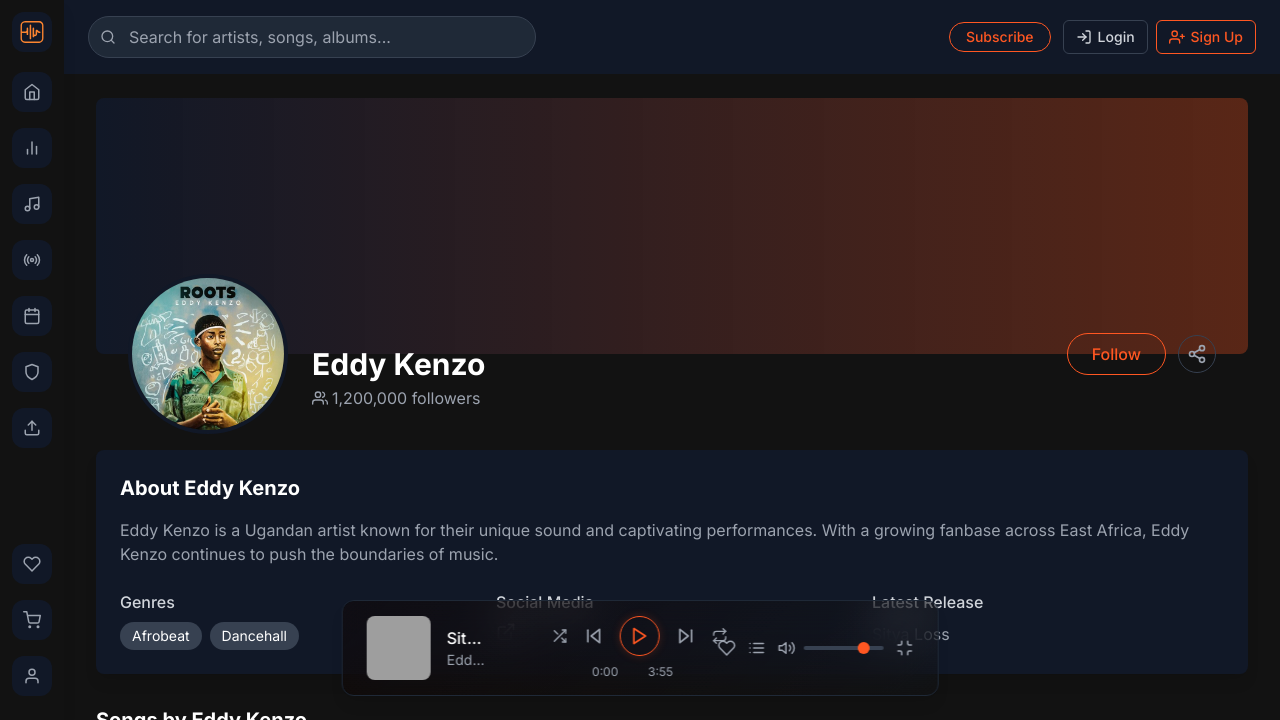
Repository: kaizoku010/sauti-box
Page: /artists/1
These files come from the project's save history. The page is drawn as it stood at one moment and after a run of saves; the edit follows.
The browser window is 1280 px wide. The pictures show the whole page.
Pictures or frames that could not be fetched are drawn as grey boxes. An inner scrolling area shows only its first screen. The project was rebuilt for these pictures with package versions that can differ from the ones it lists, and the page was loaded fresh each time. The framework's server and built-in components were replaced by stand-ins that run in the browser. Also part of the build but not shown: next.config.mjs, next.config.ts, src/components/PaymentModal.tsx.

Above is the page before, as saved 2025-04-20 23:08:37.

### src/app/layout.tsx
import type { Metadata } from "next";
import { Inter } from "next/font/google";
import "./globals.css";

const inter = Inter({
  subsets: ["latin"],
  variable: "--font-inter",
});

export const metadata: Metadata = {
  title: "MusicHub Uganda",
  description: "Your Music, Your Rights, Your Revenue",
};

export default function RootLayout({
  children,
}: Readonly<{
  children: React.ReactNode;
}>) {
  return (
    <html lang="en">
      <body className={`${inter.variable} antialiased`}>
        {children}
      </body>
    </html>
  );
}

### src/app/globals.css
@tailwind base;
@tailwind components;
@tailwind utilities;

:root {
  --background: #0F172A;
  --foreground: #F8FAFC;
  --primary: #3B82F6;
  --secondary: #10B981;
  --accent: #8B5CF6;
}

html, body {
  background: var(--background);
  color: var(--foreground);
  font-family: 'Inter', sans-serif;
  width: 100%;
  height: 100%;
  margin: 0;
  padding: 0;
  overflow-x: hidden;
}

/* Hide scrollbar on body */
body::-webkit-scrollbar {
  display: none;
}

body {
  -ms-overflow-style: none;  /* IE and Edge */
  scrollbar-width: none;  /* Firefox */
}

@layer components {
  .sidebar-icon {
    @apply relative flex items-center justify-center mt-2 mb-2 mx-auto
    bg-gray-900 text-gray-400 hover:text-primary
    rounded-xl transition-all duration-300 ease-linear cursor-pointer;
    height: 2.5rem;
    width: 2.5rem;
  }

  .sidebar-icon.active {
    @apply text-primary;
    box-shadow: 0 0 0 2px rgba(255, 87, 34, 0.2);
  }

  .sidebar-tooltip {
    @apply absolute w-auto p-2 m-2 min-w-max left-14 rounded-md shadow-md
    text-white bg-gray-900 text-xs font-bold transition-all duration-100 origin-left;
    transform: scale(0);
  }

  .btn-primary {
    border-radius: 30px !important;
    font-size: 0.8rem !important;
    @apply px-4 py-2 bg-transparent text-primary border border-primary rounded-md hover:bg-primary/10 transition-colors;
  }

  .btn-secondary {
    border-radius: 30px !important;
    font-size: 0.8rem !important;
    @apply px-4 py-2 bg-transparent text-gray-300 border border-gray-700 rounded-md hover:border-primary hover:text-primary transition-colors;
  }

  .btn{
    border-radius: 30px !important;
    font-size: 0.8rem !important;
  }

  .card {
    @apply bg-gray-900 rounded-lg overflow-hidden shadow-lg hover:shadow-xl transition-shadow;
  }

  /* Glass effect for music player */
  .glass-effect {
    @apply backdrop-filter backdrop-blur-xl border border-gray-800;
    background: linear-gradient(135deg, rgba(0, 0, 0, 0.5) 0%, rgba(20, 20, 20, 0.3) 100%);
    box-shadow: 0 8px 32px rgba(0, 0, 0, 0.3), inset 0 0 0 1px rgba(255, 87, 34, 0.15);
    position: relative;
    backdrop-filter: blur(20px) !important;
  }

  .glass-effect::before {
    content: '';
    position: absolute;
    top: 0;
    left: 0;
    right: 0;
    bottom: 0;
    background: linear-gradient(135deg, rgba(255, 87, 34, 0.03) 0%, transparent 100%);
    pointer-events: none;
    z-index: -1;
    border-radius: inherit;
  }

  /* Dropdown styles */
  .dropdown {
    @apply relative inline-block;
  }

  .dropdown-content {
    @apply hidden absolute right-0 mt-2 w-48 bg-gray-800 rounded-md shadow-lg z-50;
  }

  .dropdown:hover .dropdown-content {
    @apply block;
  }

  /* Hide scrollbar for carousel */
  .scrollbar-hide, .no-scrollbar {
    -ms-overflow-style: none;  /* IE and Edge */
    scrollbar-width: none;  /* Firefox */
  }

  .scrollbar-hide::-webkit-scrollbar, .no-scrollbar::-webkit-scrollbar {
    display: none; /* Chrome, Safari, Opera */
  }

  /* Particle animation for hero section */
  @keyframes float {
    0% {
      transform: translateY(0) translateX(0);
      opacity: 0;
    }
    50% {
      opacity: 1;
    }
    100% {
      transform: translateY(-100px) translateX(20px);
      opacity: 0;
    }
  }
}

### src/components/MainLayout.tsx
"use client";

import React, { ReactNode } from 'react';
import Sidebar from './Sidebar';
import Header from './Header';
import MusicPlayer from './MusicPlayer';
import { MusicPlayerProvider } from '../context/MusicPlayerContext';

interface MainLayoutProps {
  children: ReactNode;
}

const MainLayout: React.FC<MainLayoutProps> = ({ children }) => {
  // Mobile responsiveness is now handled with Tailwind classes

  // Music player is now managed through context

  return (
    <MusicPlayerProvider>
      <div className="flex h-screen bg-background text-white w-full overflow-hidden relative">
        <Sidebar />

        <div className="flex-1 ml-16">
          <Header />

          <main className="p-2 sm:p-4 md:p-6 h-[calc(100vh-64px)] overflow-y-auto w-full no-scrollbar pb-32">
            {children}
          </main>
        </div>

        <MusicPlayer />
      </div>
    </MusicPlayerProvider>
  );
};

export default MainLayout;

### src/components/MusicCard.tsx
"use client";

import React, { useState } from 'react';
import { FiPlay, FiHeart, FiShoppingCart } from 'react-icons/fi';
import Link from 'next/link';
import PaymentModal from './PaymentModal';

interface MusicCardProps {
  id: string;
  title: string;
  artist: string;
  artistId?: string;
  coverImage: string;
  type?: 'song' | 'album' | 'playlist';
  price?: number;
}

const MusicCard: React.FC<MusicCardProps> = ({
  id,
  title,
  artist,
  artistId = '1', // Default to first artist if not provided
  coverImage,
  type = 'song',
  price = 5000 // Default price in UGX if not provided
}) => {
  const [isPaymentModalOpen, setIsPaymentModalOpen] = useState(false);
  const [isLiked, setIsLiked] = useState(false);

  const handleBuyClick = (e: React.MouseEvent) => {
    e.stopPropagation(); // Prevent triggering parent click events
    setIsPaymentModalOpen(true);
  };

  const handlePaymentComplete = () => {
    // Here you would update the user's library
    console.log(`Song ${id} purchased successfully`);
  };

  const toggleLike = (e: React.MouseEvent) => {
    e.stopPropagation();
    setIsLiked(!isLiked);
  };

  return (
    <>
      <div className="card group relative">
        <div className="relative aspect-square overflow-hidden rounded-lg">
          <img
            src={coverImage}
            alt={`${title} by ${artist}`}
            className="object-cover w-full h-full transition-transform duration-300 group-hover:scale-110"
          />
          <div className="absolute inset-0 bg-black bg-opacity-40 opacity-0 group-hover:opacity-100 transition-opacity flex items-center justify-center">
            <button className="w-12 h-12 rounded-full border border-primary flex items-center justify-center text-primary hover:bg-primary/10">
              <FiPlay size={24} />
            </button>
          </div>
        </div>
        <div className="p-3">
          <h3 className="font-medium text-white truncate">{title}</h3>
          <Link href={`/artists/${artistId}`} className="block">
            <p className="text-sm text-gray-400 truncate hover:text-primary">{artist}</p>
          </Link>
          <div className="flex items-center justify-between mt-2">
            <div className="flex items-center">
              <span className="text-xs text-gray-500 capitalize mr-2">{type}</span>
              {price > 0 && (
                <span className="text-xs font-medium text-primary">UGX {price.toLocaleString()}</span>
              )}
            </div>
            <div className="flex items-center space-x-2">
              <button
                onClick={toggleLike}
                className={`${isLiked ? 'text-red-500' : 'text-gray-400 hover:text-red-500'} transition-colors`}
              >
                <FiHeart size={16} />
              </button>
              {type === 'song' && price > 0 && (
                <button
                  onClick={handleBuyClick}
                  className="text-gray-400 hover:text-primary transition-colors"
                  title="Buy song"
                >
                  <FiShoppingCart size={16} />
                </button>
              )}
            </div>
          </div>
        </div>
      </div>

      {isPaymentModalOpen && (
        <PaymentModal
          isOpen={isPaymentModalOpen}
          onClose={() => setIsPaymentModalOpen(false)}
          songId={id}
          artistId={artistId}
          songTitle={title}
          artistName={artist}
          price={price}
          coverImage={coverImage}
          onPaymentComplete={handlePaymentComplete}
        />
      )}
    </>
  );
};

export default MusicCard;

### src/data/mockData.ts
// Mock data for MusicHub Uganda app

// Mock data for MusicHub Uganda app
import Image1 from "../images/1.jpg";
import Image2 from "../images/2.jpg";
import Image3 from "../images/3.jpg";
import Image4 from "../images/B.jpg";
import Image5 from "../images/F.jpg";
import Image6 from "../images/n.png";


export const topCharts = [
  {
    id: '1',
    title: 'Sitya Loss',
    artist: 'Eddy Kenzo',
    coverImage: Image1.src,
    type: 'song'
  },
  {
    id: '2',
    title: 'Stamina',
    artist: 'Fik Fameica',
    coverImage: Image2.src,
    type: 'song'
  },
  {
    id: '3',
    title: 'Love Yo',
    artist: 'Sheebah Karungi',
    coverImage: Image3.src,
    type: 'song'
  },
  {
    id: '4',
    title: 'Fire Baby',
    artist: 'Winnie Nwagi',
    coverImage: Image2.src,
    type: 'song'
  },
  {
    id: '5',
    title: 'Midnight Drum',
    artist: 'Azawi',
    coverImage: Image2.src,
    type: 'song'
  }
];

export const upcomingEvents = [
  {
    id: '1',
    title: 'Nyege Nyege Festival',
    date: 'Sep 15, 2025',
    location: 'Jinja, Uganda',
    image: Image6.src,
    price: 'UGX 150,000'
  },
  {
    id: '2',
    title: 'Kampala Music Festival',
    date: 'Aug 5, 2025',
    location: 'Lugogo Cricket Oval',
    image: Image4.src,
    price: 'UGX 80,000'
  },
  {
    id: '3',
    title: 'Blankets & Wine',
    date: 'Jul 12, 2025',
    location: 'Lugogo Cricket Oval',
    image: Image5.src,
    price: 'UGX 100,000'
  }
];

export const newReleases = [
  {
    id: '6',
    title: 'Slow Down',
    artist: 'Azawi',
    coverImage: Image2.src,
    type: 'song'
  },
  {
    id: '7',
    title: 'Party',
    artist: 'Vinka',
    coverImage: Image3.src,
    type: 'song'
  },
  {
    id: '8',
    title: 'All Night',
    artist: 'Fik Fameica',
    coverImage: Image2.src,
    type: 'song'
  },
  {
    id: '9',
    title: 'Yo Sweet',
    artist: 'Sheebah Karungi',
    coverImage: Image3.src,
    type: 'song'
  },
  {
    id: '10',
    title: 'Burn',
    artist: 'John Blaq',
    coverImage: Image2.src,
    type: 'song'
  }
];

export const featuredArtists = [
  {
    id: '1',
    name: 'Eddy Kenzo',
    image: Image1.src,
    followers: 1200000
  },
  {
    id: '2',
    name: 'Sheebah',
    image: Image3.src,
    followers: 980000
  },
  {
    id: '3',
    name: 'Azawi',
    image: Image2.src,
    followers: 750000
  },
  {
    id: '4',
    name: 'Fik Fameica',
    image: Image2.src,
    followers: 820000
  },
  {
    id: '5',
    name: 'Winnie Nwagi',
    image: Image4.src,
    followers: 680000
  },
  {
    id: '6',
    name: 'Spice Diana',
    image: Image3.src,
    followers: 720000
  }
];

export const topAlbums = [
  {
    position: 1,
    id: '1',
    title: 'Stamina',
    artist: 'Fik Fameica',
    coverImage: Image2.src,
    releaseDate: '2025',
    isLiked: true
  },
  {
    position: 2,
    id: '2',
    title: 'African Music',
    artist: 'Eddy Kenzo',
    coverImage: Image1.src,
    releaseDate: '2024',
    isLiked: false
  },
  {
    position: 3,
    id: '3',
    title: 'Samali',
    artist: 'Azawi',
    coverImage: Image2.src,
    releaseDate: '2025',
    isLiked: true
  },
  {
    position: 4,
    id: '4',
    title: 'Fire',
    artist: 'Winnie Nwagi',
    coverImage: Image4.src,
    releaseDate: '2024',
    isLiked: false
  },
  {
    position: 5,
    id: '5',
    title: 'Queen Karma',
    artist: 'Sheebah',
    coverImage: Image3.src,
    releaseDate: '2025',
    isLiked: false
  },
  {
    position: 6,
    id: '6',
    title: 'Amapiano',
    artist: 'Vinka',
    coverImage: Image3.src,
    releaseDate: '2024',
    isLiked: true
  }
];

export const bestPlaylists = [
  {
    id: '1',
    title: 'Ugandan Hits 2025',
    coverImage: Image3.src,
    songCount: 25
  },
  {
    id: '2',
    title: 'Kampala Party Mix',
    coverImage: Image3.src,
    songCount: 18
  },
  {
    id: '3',
    title: 'Ugandan Classics',
    coverImage: Image3.src,
    songCount: 30
  },
  {
    id: '4',
    title: 'New Wave Uganda',
    coverImage: Image3.src,
    songCount: 15
  }
];

export const liveRadioStations = [
  {
    id: '1',
    name: 'Capital FM',
    coverImage: Image3.src,
    frequency: '91.3 FM'
  },
  {
    id: '2',
    title: 'Radio City',
    coverImage: Image3.src,
    frequency: '97.3 FM'
  },
  {
    id: '3',
    title: 'Galaxy FM',
    coverImage: Image3.src,
    frequency: '100.2 FM'
  },
  {
    id: '4',
    title: 'XFM',
    coverImage: Image3.src,
    frequency: '94.8 FM'
  },
  {
    id: '5',
    title: 'Sanyu FM',
    coverImage: Image3,
    frequency: '88.2 FM'
  }
];

### src/components/Header.tsx
"use client";

import React, { useState } from 'react';
import { FiSearch, FiBell, FiUser, FiShoppingCart, FiLogIn, FiUserPlus, FiMusic } from 'react-icons/fi';
import Link from 'next/link';

const Header = () => {
  const [isLoggedIn, setIsLoggedIn] = useState(false);
  const [cartCount, setCartCount] = useState(0);

  return (
    <header className="flex items-center justify-between px-2 sm:px-4 md:px-6 py-4 bg-gray-900 text-white">
      <div className="flex-1">
        <div className="relative">
          <input
            type="text"
            placeholder="Search for artists, songs, albums..."
            className="w-full max-w-md px-2 sm:px-4 py-2 pl-8 sm:pl-10 bg-gray-800 rounded-full text-white focus:outline-none focus:ring-2 focus:ring-primary border border-gray-700 text-sm sm:text-base"
          />
          <FiSearch className="absolute left-3 top-1/2 transform -translate-y-1/2 text-gray-400" />
        </div>
      </div>

      <div className="flex items-center space-x-3">
        <Link href="/subscribe" className="px-4 py-1 border border-primary text-primary rounded-full text-sm font-medium hidden sm:block hover:bg-primary/10">
          Subscribe
        </Link>

        {isLoggedIn ? (
          <>
            <Link href="/cart" className="relative p-2 rounded-full hover:bg-gray-700">
              <FiShoppingCart size={20} />
              {cartCount > 0 && (
                <span className="absolute -top-1 -right-1 w-5 h-5 border border-primary text-primary rounded-full text-xs flex items-center justify-center">
                  {cartCount}
                </span>
              )}
            </Link>

            <button className="relative p-2 rounded-full hover:bg-gray-700">
              <FiBell size={20} />
              <span className="absolute top-0 right-0 w-2 h-2 bg-red-500 rounded-full"></span>
            </button>

            <Link href="/profile" className="flex items-center space-x-2">
              <div className="w-8 h-8 rounded-full bg-gray-600 flex items-center justify-center">
                <FiUser size={16} />
              </div>
              <span className="font-medium text-sm hidden md:block">John Doe</span>
            </Link>
          </>
        ) : (
          <div className="flex items-center space-x-2">
            <div className="dropdown dropdown-end">
              <button className="px-3 py-1.5 border border-gray-700 text-gray-300 hover:border-primary hover:text-primary rounded-md text-sm font-medium flex items-center">
                <FiLogIn className="mr-1.5" size={16} />
                <span className="hidden sm:inline">Login</span>
              </button>
              <div className="dropdown-content hidden group-hover:block absolute right-0 mt-2 w-48 bg-gray-800 rounded-md shadow-lg z-50">
                <Link href="/login" className="block px-4 py-2 hover:bg-gray-700">
                  <FiUser className="inline mr-2" size={16} />
                  User Login
                </Link>
                <Link href="/artist/login" className="block px-4 py-2 hover:bg-gray-700">
                  <FiMusic className="inline mr-2" size={16} />
                  Artist Login
                </Link>
              </div>
            </div>

            <div className="dropdown dropdown-end">
              <button className="px-3 py-1.5 border border-primary text-primary hover:bg-primary/10 rounded-md text-sm font-medium flex items-center">
                <FiUserPlus className="mr-1.5" size={16} />
                <span className="hidden sm:inline">Sign Up</span>
              </button>
              <div className="dropdown-content hidden group-hover:block absolute right-0 mt-2 w-48 bg-gray-800 rounded-md shadow-lg z-50">
                <Link href="/register" className="block px-4 py-2 hover:bg-gray-700">
                  <FiUser className="inline mr-2" size={16} />
                  User Sign Up
                </Link>
                <Link href="/artist/register" className="block px-4 py-2 hover:bg-gray-700">
                  <FiMusic className="inline mr-2" size={16} />
                  Artist Sign Up
                </Link>
              </div>
            </div>
          </div>
        )}
      </div>
    </header>
  );
};

export default Header;

### src/context/MusicPlayerContext.tsx
"use client";

import React, { createContext, useContext, useState, useEffect, ReactNode } from 'react';

interface Song {
  id: string;
  title: string;
  artist: string;
  artistId?: string;
  coverImage: string;
  audioUrl?: string;
  duration: number;
}

interface MusicPlayerContextType {
  currentSong: Song | null;
  isPlaying: boolean;
  isMinimized: boolean;
  setCurrentSong: (song: Song | null) => void;
  setIsPlaying: (isPlaying: boolean) => void;
  togglePlay: () => void;
  toggleMinimize: () => void;
}

const MusicPlayerContext = createContext<MusicPlayerContextType | undefined>(undefined);

export const MusicPlayerProvider: React.FC<{ children: ReactNode }> = ({ children }) => {
  const [currentSong, setCurrentSong] = useState<Song | null>(null);
  const [isPlaying, setIsPlaying] = useState(false);
  const [isMinimized, setIsMinimized] = useState(false);

  // Load minimized state from localStorage on initial render
  useEffect(() => {
    const storedMinimizedState = localStorage.getItem('musicPlayerMinimized');
    if (storedMinimizedState !== null) {
      setIsMinimized(storedMinimizedState === 'true');
    }

    // Initialize with a default song
    setCurrentSong({
      id: '1',
      title: 'Sitya Loss',
      artist: 'Eddy Kenzo',
      artistId: '1',
      coverImage: '/images/1.jpg',
      audioUrl: '/audio/sample.mp3',
      duration: 235 // 3:55 in seconds
    });
  }, []);

  // Save minimized state to localStorage whenever it changes
  useEffect(() => {
    localStorage.setItem('musicPlayerMinimized', isMinimized.toString());
  }, [isMinimized]);

  const togglePlay = () => {
    setIsPlaying(!isPlaying);
  };

  const toggleMinimize = () => {
    setIsMinimized(!isMinimized);
  };

  return (
    <MusicPlayerContext.Provider
      value={{
        currentSong,
        isPlaying,
        isMinimized,
        setCurrentSong,
        setIsPlaying,
        togglePlay,
        toggleMinimize
      }}
    >
      {children}
    </MusicPlayerContext.Provider>
  );
};

export const useMusicPlayer = () => {
  const context = useContext(MusicPlayerContext);
  if (context === undefined) {
    throw new Error('useMusicPlayer must be used within a MusicPlayerProvider');
  }
  return context;
};

### src/components/player.css
#sleek{
width: 100%;
}

Loaded but not shown: tailwind.config.js (34 lines, source omitted); src/components/MusicPlayer.tsx (258 lines, source omitted); src/components/Sidebar.tsx (140 lines, source omitted); src/app/artists/[id]/page.tsx (190 lines, source omitted)

After the next 2 saves:
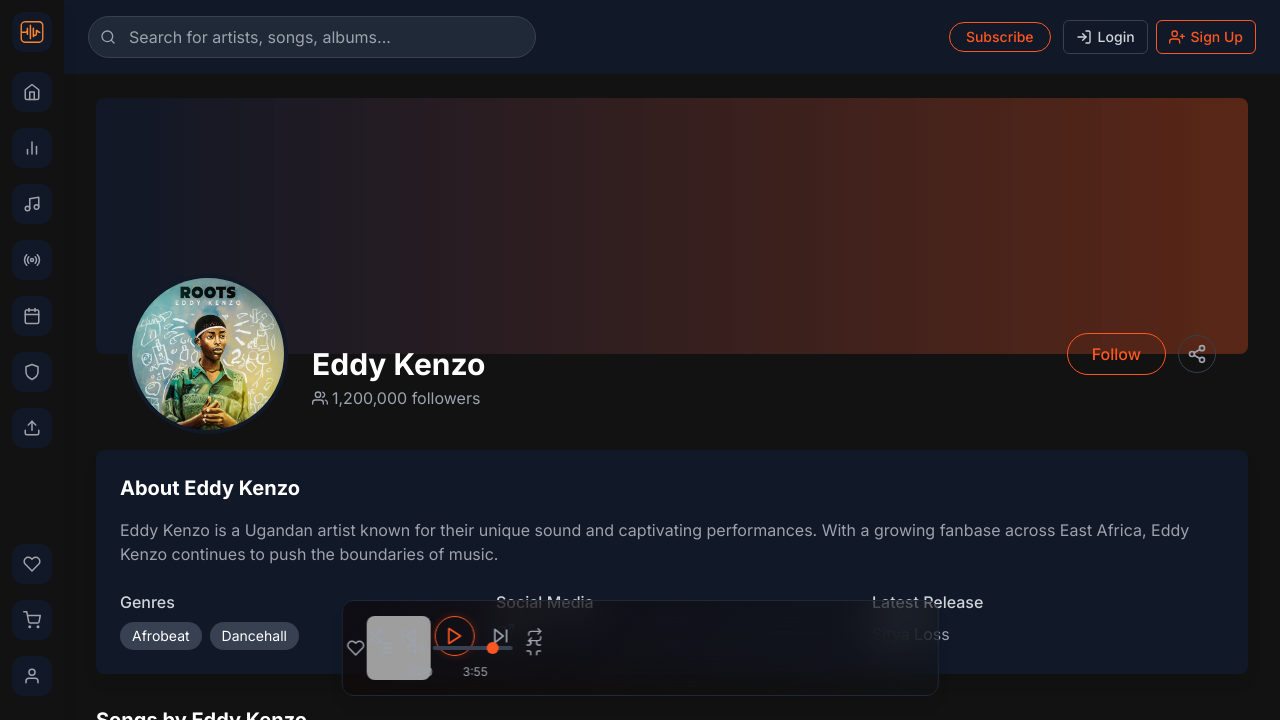
The 2 saves are shown as one change because they came seconds apart.
The last was saved 8 s later.
--- a/src/components/player.css
+++ b/src/components/player.css
@@ -1,3 +1,3 @@
 #sleek{
-width: 100%;
+max-width: 0%;
 }

After the save that followed:
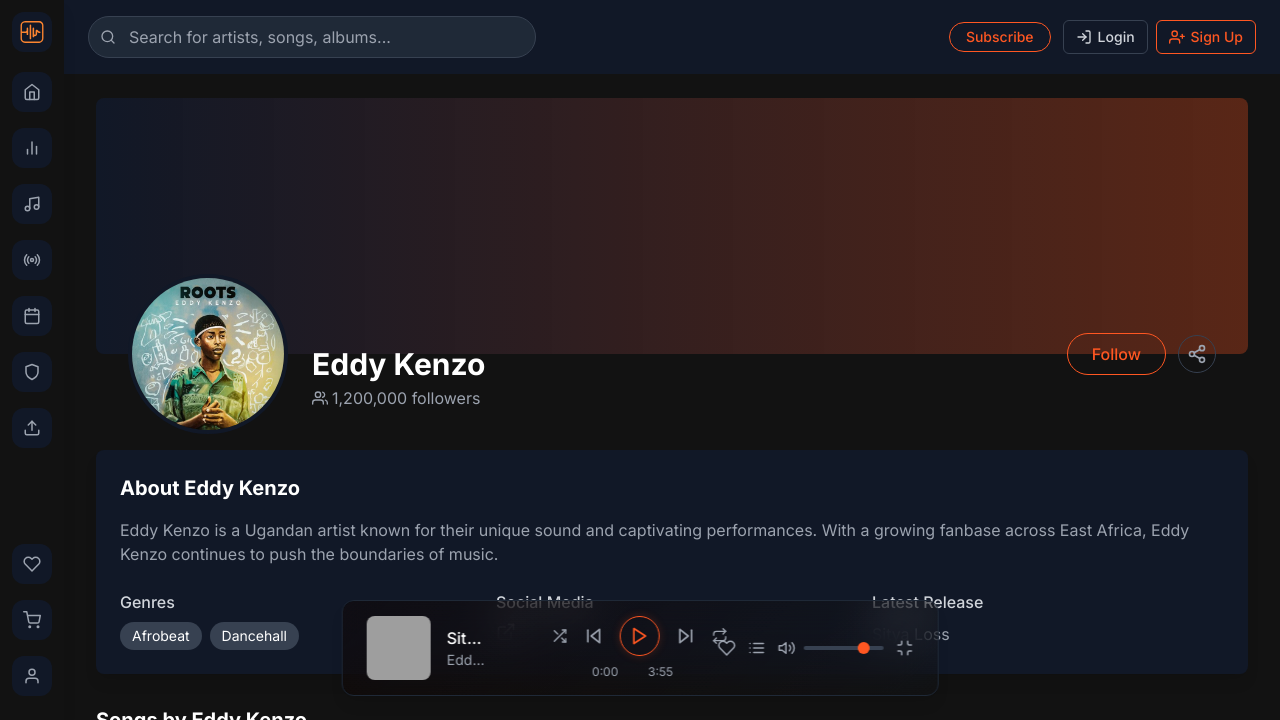
Saved 5 s later.
--- a/src/components/player.css
+++ b/src/components/player.css
@@ -1,3 +1,3 @@
 #sleek{
-max-width: 0%;
+max-width: 85 !im%;
 }
